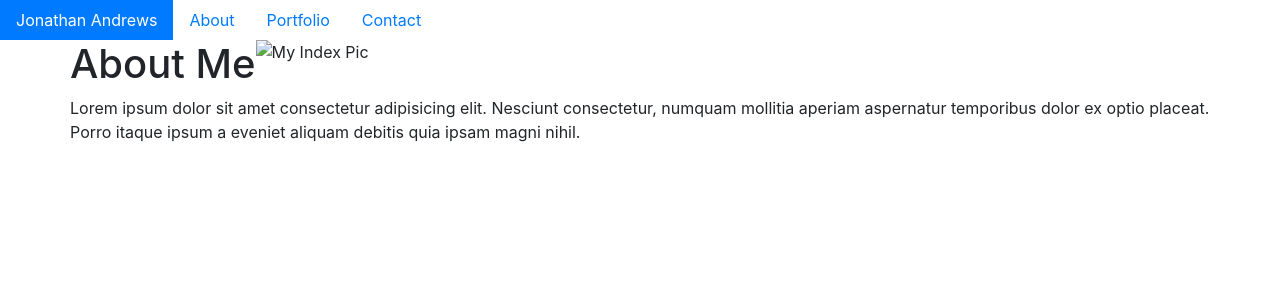
Repository: ionathas78/ionathas78.github.io
Page: index.html
The author's editor kept a copy of each file at every save. The page is drawn from the files as they stood at one save, then again after the next save.
The browser window is 1280 px wide. The pictures show the whole page.

Above is the page before, as saved 2020-03-14 20:43:51.
Not found: via.placeholder.com/150

### index.html
<!DOCTYPE html>
<html lang="en">
<head>
    <meta charset="UTF-8">
    <meta name="viewport" content="width=device-width, initial-scale=1.0">
    <title>Document</title>

    <link rel="stylesheet" href="https://stackpath.bootstrapcdn.com/bootstrap/4.4.1/css/bootstrap.min.css" integrity="sha384-Vkoo8x4CGsO3+Hhxv8T/Q5PaXtkKtu6ug5TOeNV6gBiFeWPGFN9MuhOf23Q9Ifjh" crossorigin="anonymous">
</head>
<body>
    <header>
        <ul class="nav">
            <li class="nav-item bg-primary">
              <a class="nav-link active" href="#" style="color: white;">Jonathan Andrews</a>
            </li>
            <li class="nav-item">
              <a class="nav-link" href="index.html">About</a>
            </li>
            <li class="nav-item">
              <a class="nav-link" href="portfolio.html">Portfolio</a>
            </li>
            <li class="nav-item">
                <a class="nav-link" href="contact.html">Contact</a>
            </li>
        </ul>
    </header>

    <div class="container">
        <div class="row">
            <h1>About Me</h1>
            <img
                src="via.placeholder.com/150"
                alt="My Index Pic"
                class="float-left"
            />
            <p>
                Lorem ipsum dolor sit amet consectetur adipisicing elit. Nesciunt consectetur, numquam mollitia aperiam aspernatur temporibus dolor ex optio placeat. Porro itaque ipsum a eveniet aliquam debitis quia ipsam magni nihil.
            </p>
        </div>
    </div>

    <!-- JS Scripts -->

    <script src="https://code.jquery.com/jquery-3.4.1.slim.min.js" integrity="sha384-J6qa4849blE2+poT4WnyKhv5vZF5SrPo0iEjwBvKU7imGFAV0wwj1yYfoRSJoZ+n" crossorigin="anonymous"></script>
    <script src="https://cdn.jsdelivr.net/npm/popper.js@1.16.0/dist/umd/popper.min.js" integrity="sha384-Q6E9RHvbIyZFJoft+2mJbHaEWldlvI9IOYy5n3zV9zzTtmI3UksdQRVvoxMfooAo" crossorigin="anonymous"></script>
    <script src="https://stackpath.bootstrapcdn.com/bootstrap/4.4.1/js/bootstrap.min.js" integrity="sha384-wfSDF2E50Y2D1uUdj0O3uMBJnjuUD4Ih7YwaYd1iqfktj0Uod8GCExl3Og8ifwB6" crossorigin="anonymous"></script>
</body>
</html>

After the next save:
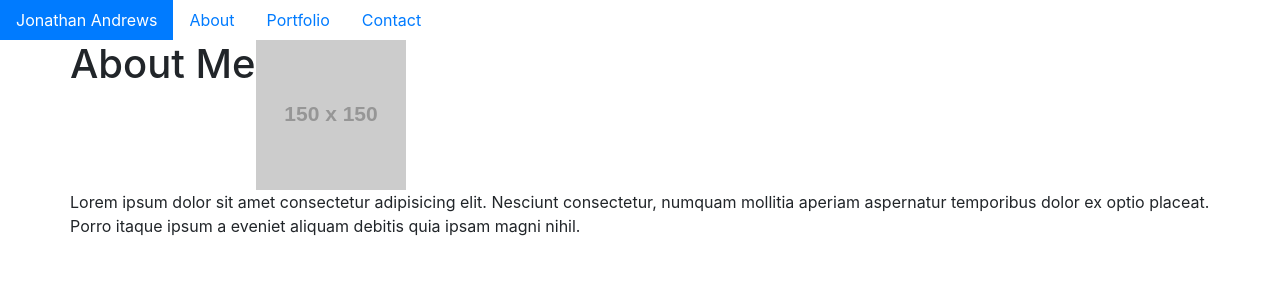
Saved 24 s later.
--- a/index.html
+++ b/index.html
@@ -29,7 +29,7 @@
         <div class="row">
             <h1>About Me</h1>
             <img
-                src="via.placeholder.com/150"
+                src="https://via.placeholder.com/150"
                 alt="My Index Pic"
                 class="float-left"
             />
